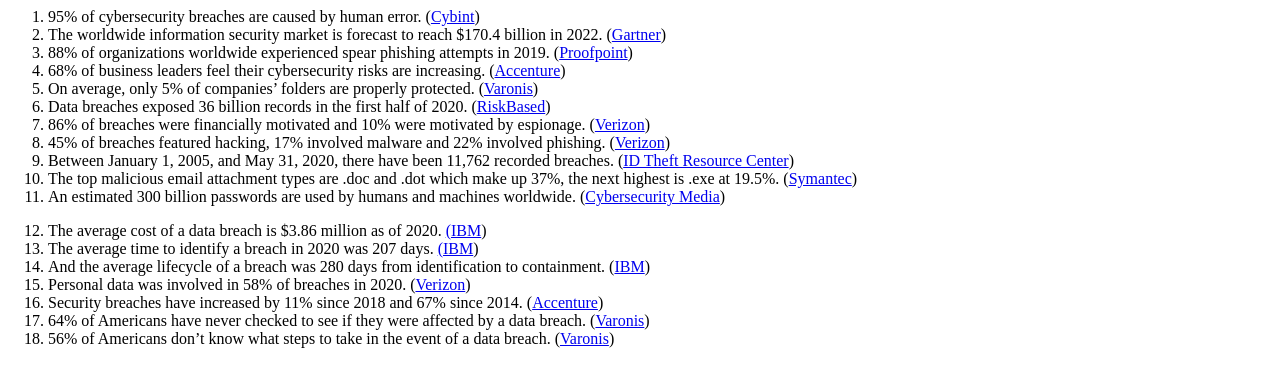
Repository: AniruddhAnand/zero_day_shield
Page: assets/data/facts.html
An editor plug-in stored every save of this project. The page is shown before and after a run of saves, followed by the edit.
The browser window is 1280 px wide. The pictures show the whole page.

Above is the page before, as saved 2021-07-10 15:04:55.

### assets/data/facts.html
<html>

<body>
    <ol>
        <li aria-level="1">95% of cybersecurity breaches are caused by human error. (<a
                href="https://www.cybintsolutions.com/cyber-security-facts-stats/" target="_blank"
                rel="noopener noreferrer">Cybint</a>)</li>
        <li aria-level="1">The worldwide information security market is forecast to reach $170.4 billion in 2022. (<a
                href="https://www.gartner.com/en/documents/3889055" target="_blank"
                rel="noopener noreferrer">Gartner</a>)</li>
        <li aria-level="1">88% of organizations worldwide experienced spear phishing attempts in 2019. (<a
                href="https://www.proofpoint.com/sites/default/files/gtd-pfpt-uk-tr-state-of-the-phish-2020-a4_final.pdf"
                target="_blank" rel="noopener noreferrer">Proofpoint</a>)</li>
        <li aria-level="1">68% of business leaders feel their cybersecurity risks are increasing. (<a
                href="https://www.accenture.com/_acnmedia/PDF-96/Accenture-2019-Cost-of-Cybercrime-Study-Final.pdf#zoom=50"
                target="_blank" rel="noopener noreferrer">Accenture</a>)</li>
        <li aria-level="1">On average, only 5% of companies’ folders are properly protected. (<a
                href="https://www.varonis.com/2019-data-risk-report/" target="_blank"
                rel="noopener noreferrer">Varonis</a>)</li>
        <li aria-level="1">Data breaches exposed 36 billion records in the first half of 2020. (<a
                href="https://pages.riskbasedsecurity.com/hubfs/Reports/2020/2020%20Q3%20Data%20Breach%20QuickView%20Report.pdf"
                target="_blank" rel="noopener noreferrer">RiskBased</a>)</li>
        <li aria-level="1">86% of breaches were financially motivated and 10% were motivated by espionage. (<a
                href="https://enterprise.verizon.com/resources/reports/2020-data-breach-investigations-report.pdf"
                target="_blank" rel="noopener noreferrer">Verizon</a>)</li>
        <li aria-level="1">45% of breaches featured hacking, 17% involved malware and 22% involved phishing. (<a
                href="https://enterprise.verizon.com/resources/executivebriefs/2020-dbir-executive-brief.pdf"
                target="_blank" rel="noopener noreferrer">Verizon</a>)</li>
        <li aria-level="1">Between January 1, 2005, and May 31, 2020, there have been 11,762 recorded breaches. (<a
                href="https://www.idtheftcenter.org/Data-Breaches/" target="_blank" rel="noopener noreferrer">ID Theft
                Resource Center</a>)</li>
        <li aria-level="1">The top malicious email attachment types are .doc and .dot which make up 37%, the next
            highest is .exe at 19.5%. (<a
                href="http://images.mktgassets.symantec.com/Web/Symantec/%7B3a70beb8-c55d-4516-98ed-1d0818a42661%7D_ISTR23_Main-FINAL-APR10.pdf?aid=elq_"
                target="_blank" rel="noopener noreferrer">Symantec</a>)</li>
        <li aria-level="1">An estimated 300 billion passwords are used by humans and machines worldwide. (<a
                href="https://www.scmagazine.com/video-300-billion-passwords-by-2020-report-predicts/article/634848/"
                target="_blank" rel="noopener noreferrer">Cybersecurity Media</a>)</li>
    </ol>
    <ol start="12">
        <li aria-level="1">The average cost of a data breach is $3.86 million as of 2020. <a
                href="https://www.capita.com/sites/g/files/nginej146/files/2020-08/Ponemon-Global-Cost-of-Data-Breach-Study-2020.pdf"
                target="_blank" rel="noopener noreferrer"> (IBM</a>)</li>
        <li aria-level="1">The average time to identify a breach in 2020 was 207 days. <a
                href="https://www.capita.com/sites/g/files/nginej146/files/2020-08/Ponemon-Global-Cost-of-Data-Breach-Study-2020.pdf"
                target="_blank" rel="noopener noreferrer"> (IBM</a>)</li>
        <li aria-level="1">And the average lifecycle of a breach was 280 days from identification to containment. (<a
                href="https://www.ibm.com/security/data-breach" target="_blank" rel="noopener noreferrer">IBM</a>)</li>
        <li aria-level="1">Personal data was involved in 58% of breaches in 2020. (<a
                href="https://enterprise.verizon.com/resources/executivebriefs/2020-dbir-executive-brief.pdf"
                target="_blank" rel="noopener noreferrer">Verizon</a>)</li>
        <li aria-level="1">Security breaches have increased by 11% since 2018 and 67% since 2014. (<a
                href="https://www.accenture.com/us-en/insights/security/cost-cybercrime-study" target="_blank"
                rel="noopener noreferrer">Accenture</a>)</li>
        <li aria-level="1">64% of Americans have never checked to see if they were affected by a data breach. (<a
                href="https://www.varonis.com/blog/data-breach-literacy-survey/" target="_blank"
                rel="noopener noreferrer">Varonis</a>)</li>
        <li aria-level="1">56% of Americans don’t know what steps to take in the event of a data breach. (<a
                href="https://www.varonis.com/blog/data-breach-literacy-survey/" target="_blank"
                rel="noopener noreferrer">Varonis</a>)</li>
    </ol>
</body>

</html>

After the next 2 saves:
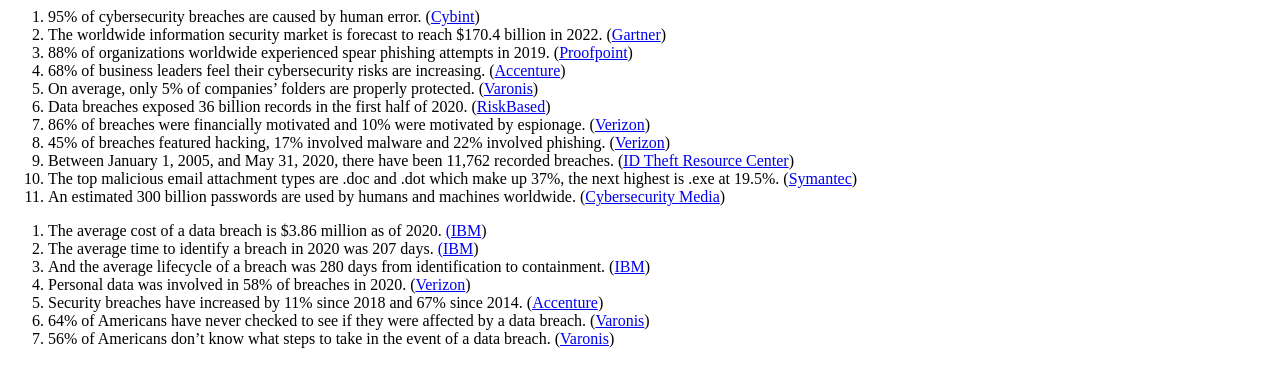
The 2 saves are shown as one change because they came seconds apart.
The last was saved 6 s later.
--- a/assets/data/facts.html
+++ b/assets/data/facts.html
@@ -37,7 +37,7 @@
                 href="https://www.scmagazine.com/video-300-billion-passwords-by-2020-report-predicts/article/634848/"
                 target="_blank" rel="noopener noreferrer">Cybersecurity Media</a>)</li>
     </ol>
-    <ol start="12">
+    <ol>
         <li aria-level="1">The average cost of a data breach is $3.86 million as of 2020. <a
                 href="https://www.capita.com/sites/g/files/nginej146/files/2020-08/Ponemon-Global-Cost-of-Data-Breach-Study-2020.pdf"
                 target="_blank" rel="noopener noreferrer"> (IBM</a>)</li>
